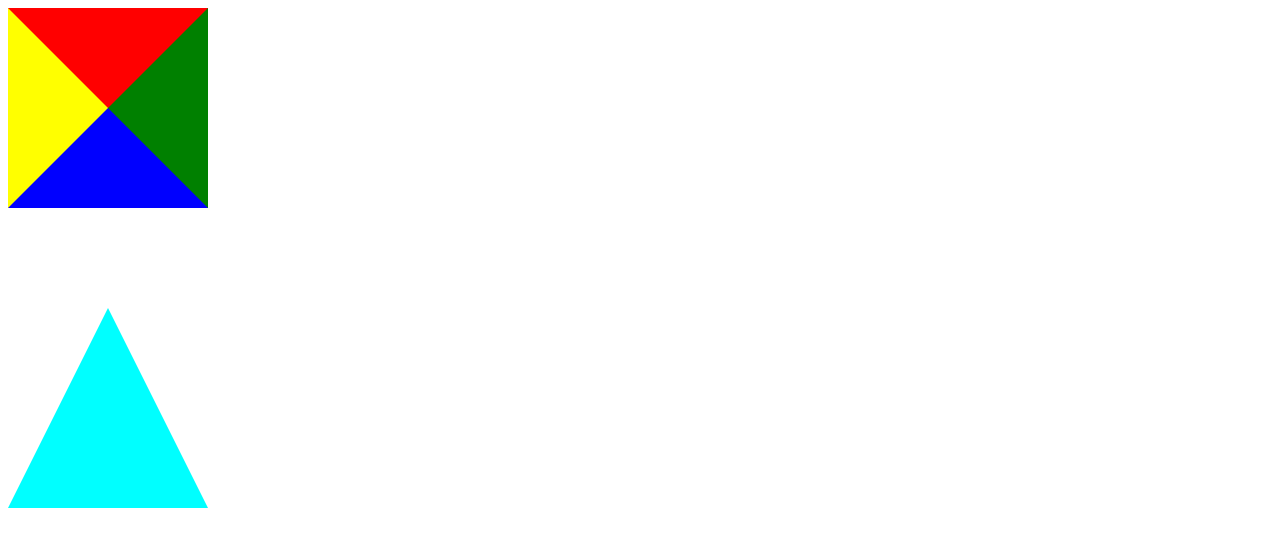
Repository: zh-webliker/achiveSomeFunction
Page: css/css画图.html
The author's editor kept a copy of each file at every save. The page is drawn from the files as they stood at one save, then again after the next save.
The browser window is 1280 px wide. The pictures show the whole page.

Above is the page before, as saved 2021-07-13 16:09:44.

After the next save:
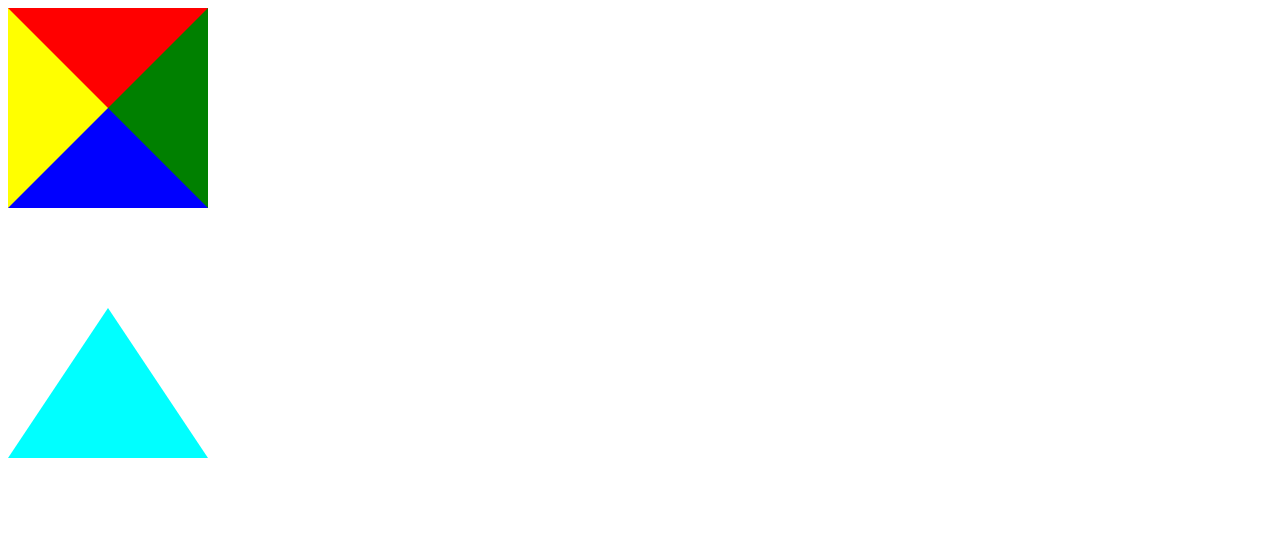
Saved 29 s later.
--- a/css/css画图.html
+++ b/css/css画图.html
@@ -19,7 +19,7 @@
     width: 0;
     height: 0;
     border: 100px solid transparent;
-    border-bottom: 200px solid #0ff;
+    border-bottom: 150px solid #0ff;
   }
 </style>
 <body>
